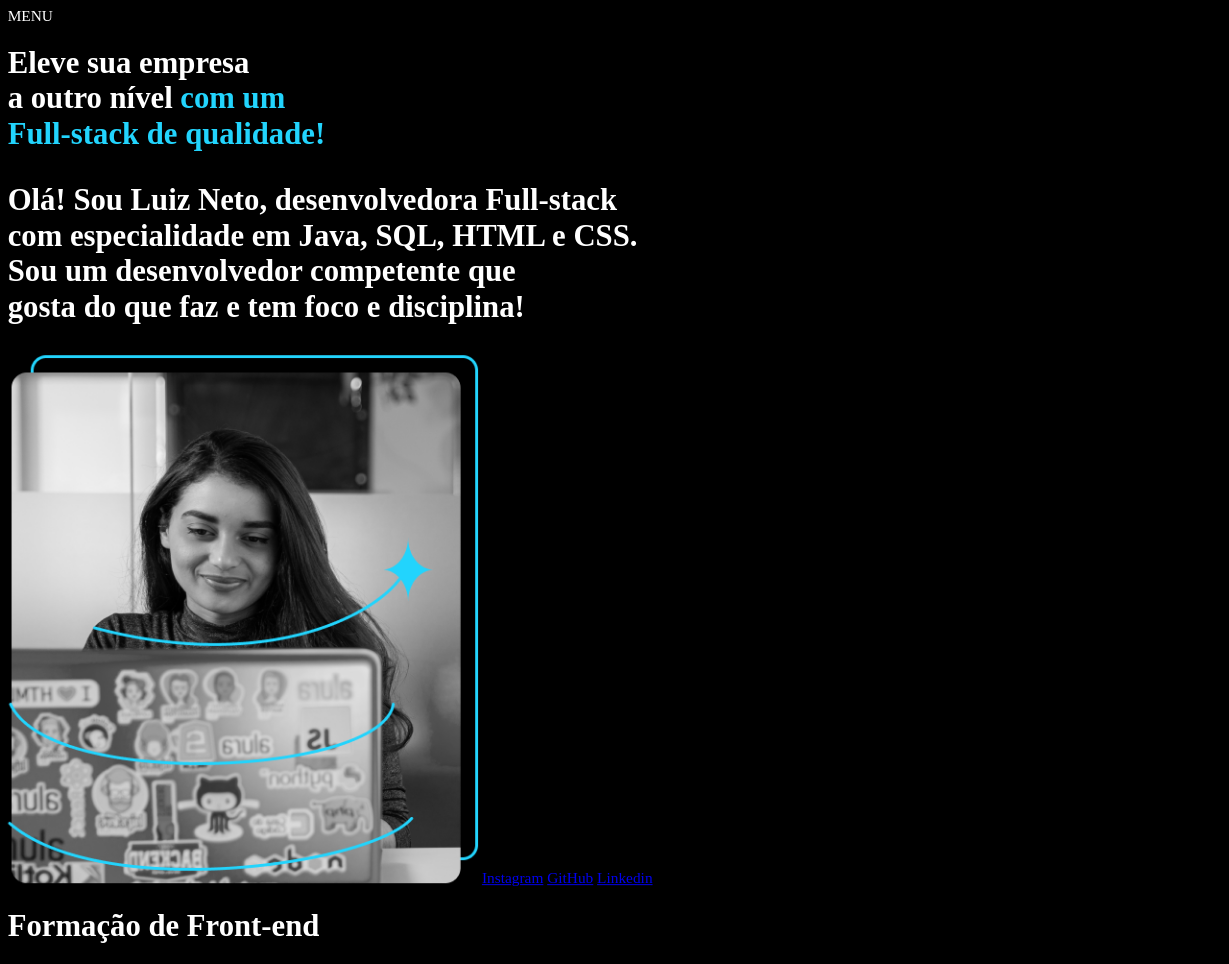
Repository: luiz123098/Sobre-mim-em-HTM-CSS
Page: htmlcss.html
These files come from the project's save history. The page is drawn as it stood at one moment and after the next save; the edit follows.
The browser window is 1280 px wide. The pictures show the whole page, at 96% of full size.

Above is the page before, as saved 2023-03-08 13:37:16.

### htmlcss.html
</html>
<!DOCTYPE html>
<html lang="pt-br">
<head>
    <meta charset="UTF-8">
    <meta http-equiv="X-UA-Compatible" content="IE=edge">
    <meta name="viewport" content="width=device-width, initial-scale=1.0">
    <title>Projeto Estudos</title>
    <link rel="stylesheet" href="style.Css">
</head>
<body>
    <header>MENU</header>
    <main>
        <h1 >
            Eleve sua empresa<br>
            a outro nível
            <strong
            class="texto_em_destaque">
            com um<br>Full-stack de qualidade!
            </strong>

            <p>
            Olá! Sou Luiz Neto, desenvolvedora Full-stack<br>
            com especialidade em Java, SQL, HTML e CSS.<br>
            Sou um desenvolvedor competente que<br>
            gosta do que faz e tem foco e disciplina!
            </p>

        </h1>
        <img src="Imagem.png" alt="Não foi possivel encontrar a imagem">

        <a href="https://www.instagram.com/luiz.alencar2/">
            Instagram</a>
        <a href="https://github.com/luiz123098">
            GitHub</a>
        <a href="https://www.linkedin.com/in/luiz-neto-alencar-b843651a9/">
            Linkedin</a>

            <h1>Formação de <span>Front-end</span></h1>

    </main>
    <footer>

    </footer>
</body>

### style.Css
body{
    background-color: black;
    color: white;
}

.texto_em_destaque{
    color: #22D4FD;
}

After the next save:
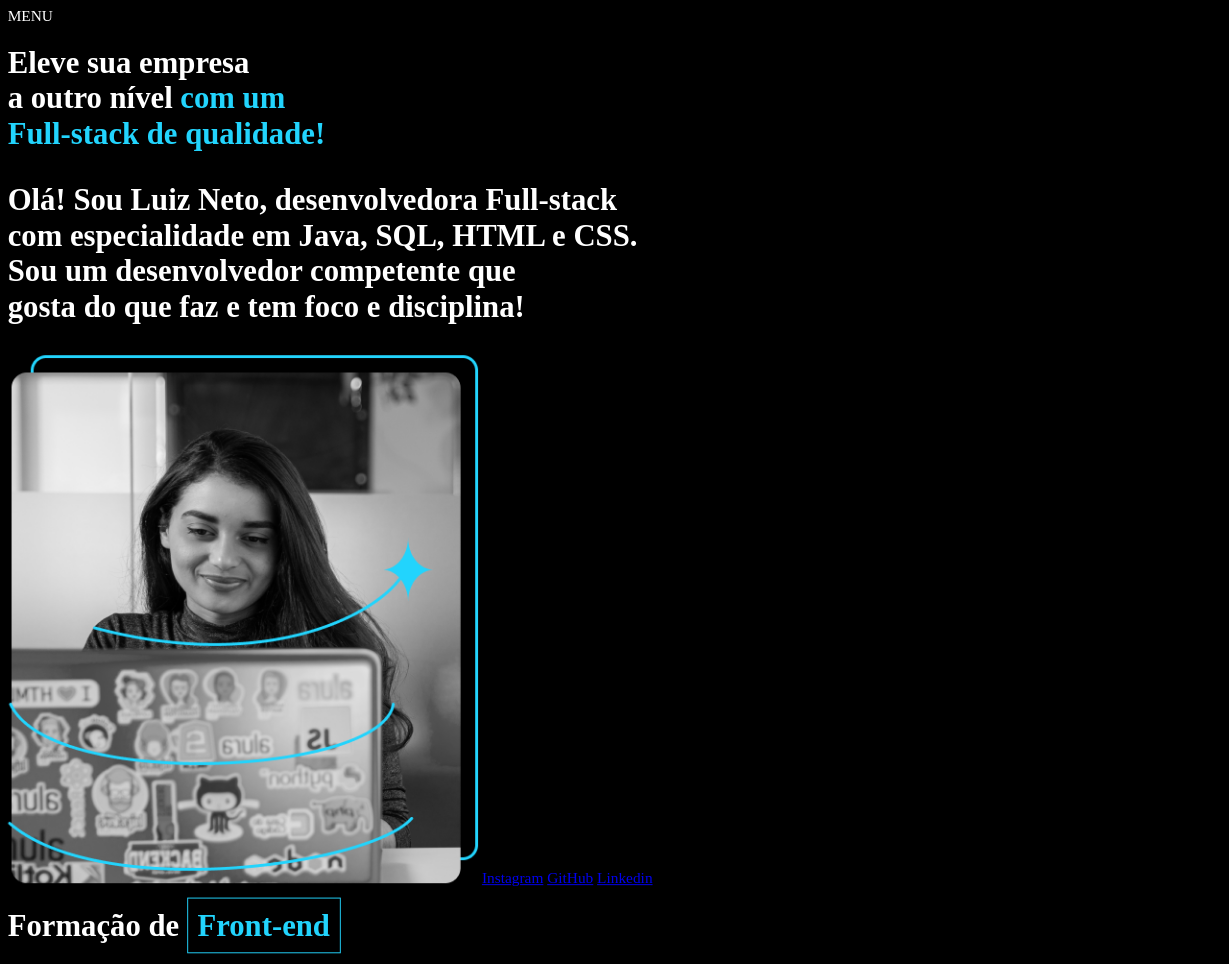
Saved 53 s later.
--- a/style.Css
+++ b/style.Css
@@ -6,3 +6,13 @@
 .texto_em_destaque{
     color: #22D4FD;
 }
+
+h1{
+    font-weight: bold;
+}
+
+span{
+    color: #22D4FD;
+    border: 1px solid #22D4FD;
+    padding: 10px;
+}

After the save that followed:
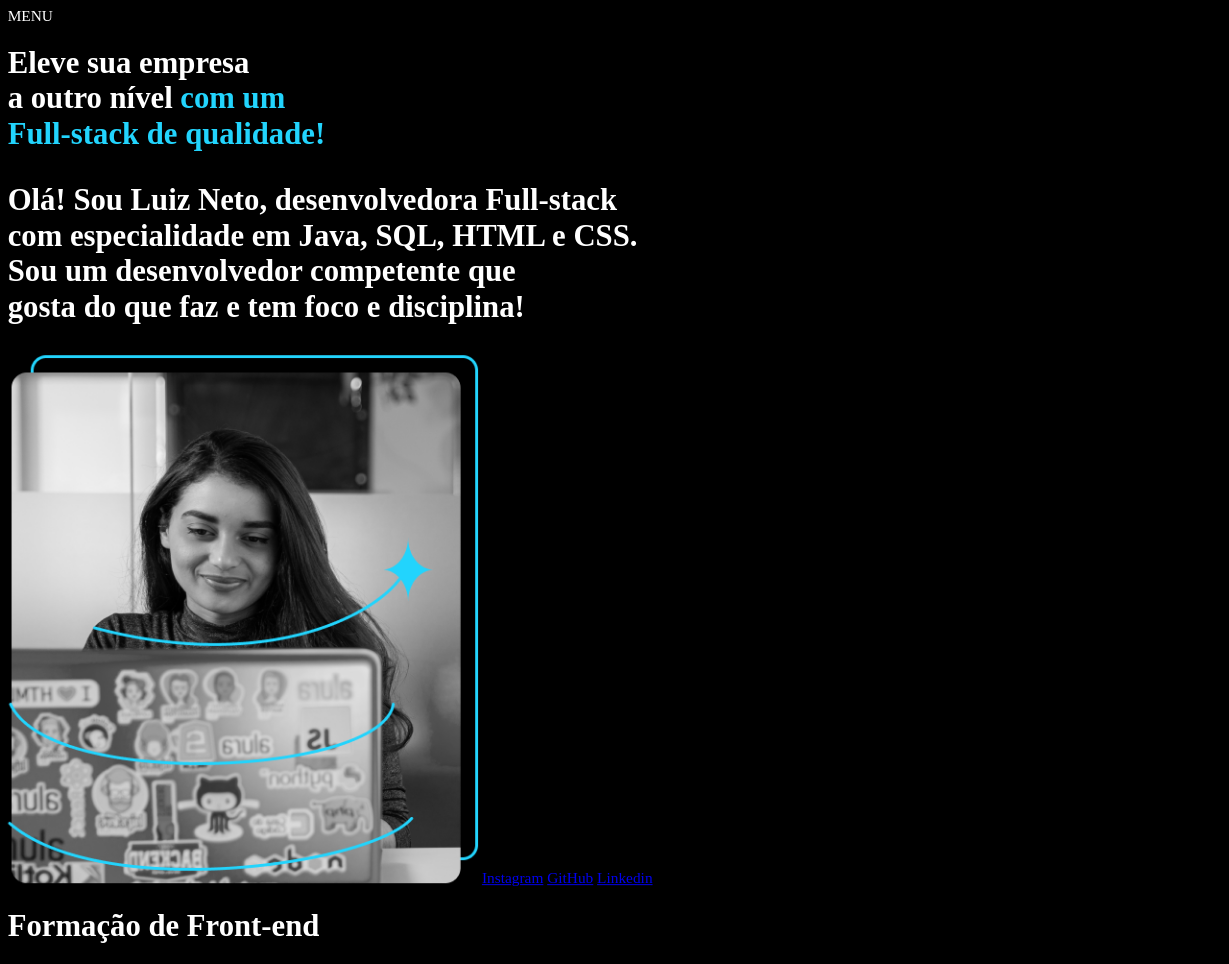
Saved 81 s later.
--- a/style.Css
+++ b/style.Css
@@ -7,11 +7,11 @@
     color: #22D4FD;
 }
 
-h1{
+.texto_editado{
     font-weight: bold;
 }
 
-span{
+.formacao{
     color: #22D4FD;
     border: 1px solid #22D4FD;
     padding: 10px;
